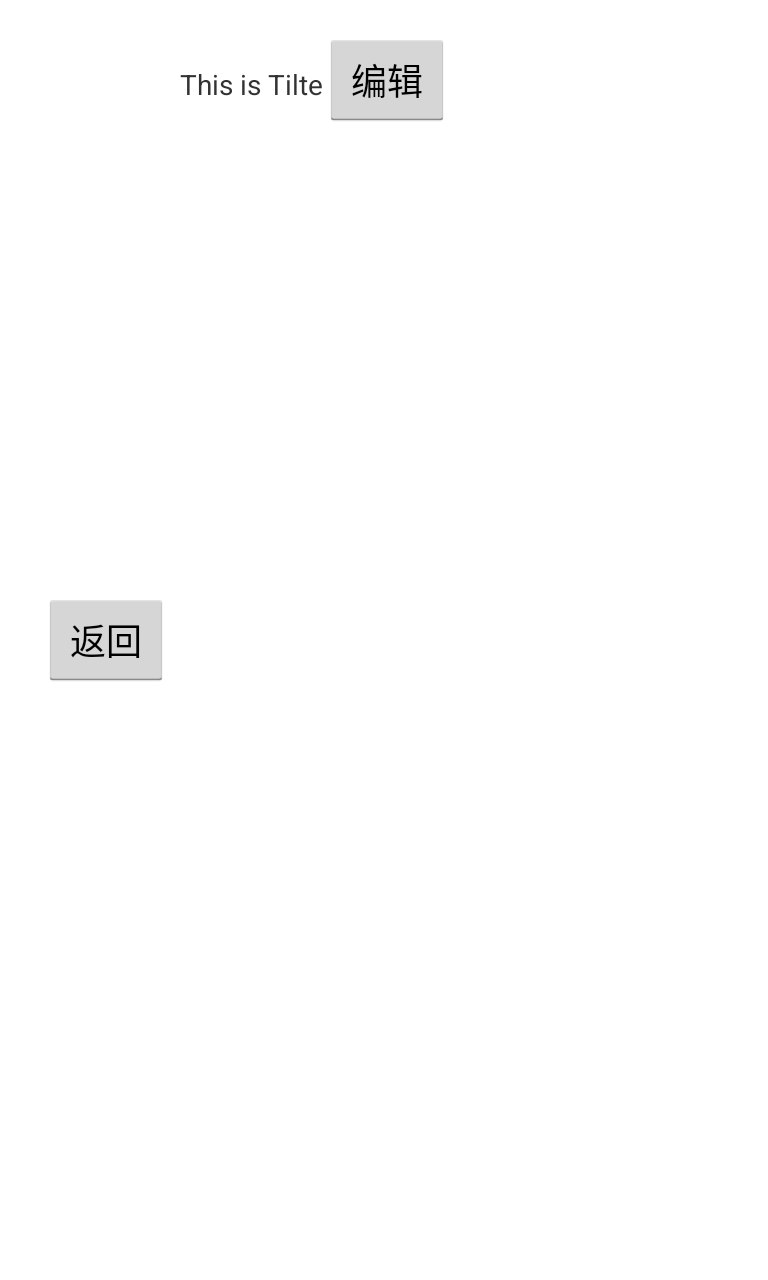
Repository: jinpp/Android
Layout: UICustomViews/res/layout/activity_main.xml
The author's editor kept a copy of each file at every save. The layout is drawn from the files as they stood at one save, then again after the next save.
It is drawn on a 768 x 1280 px phone screen (xhdpi) without system bars, with theme AppTheme; the app's code is not run.

Above is the layout before, as saved 2016-11-17 02:31:52.

After the next save:
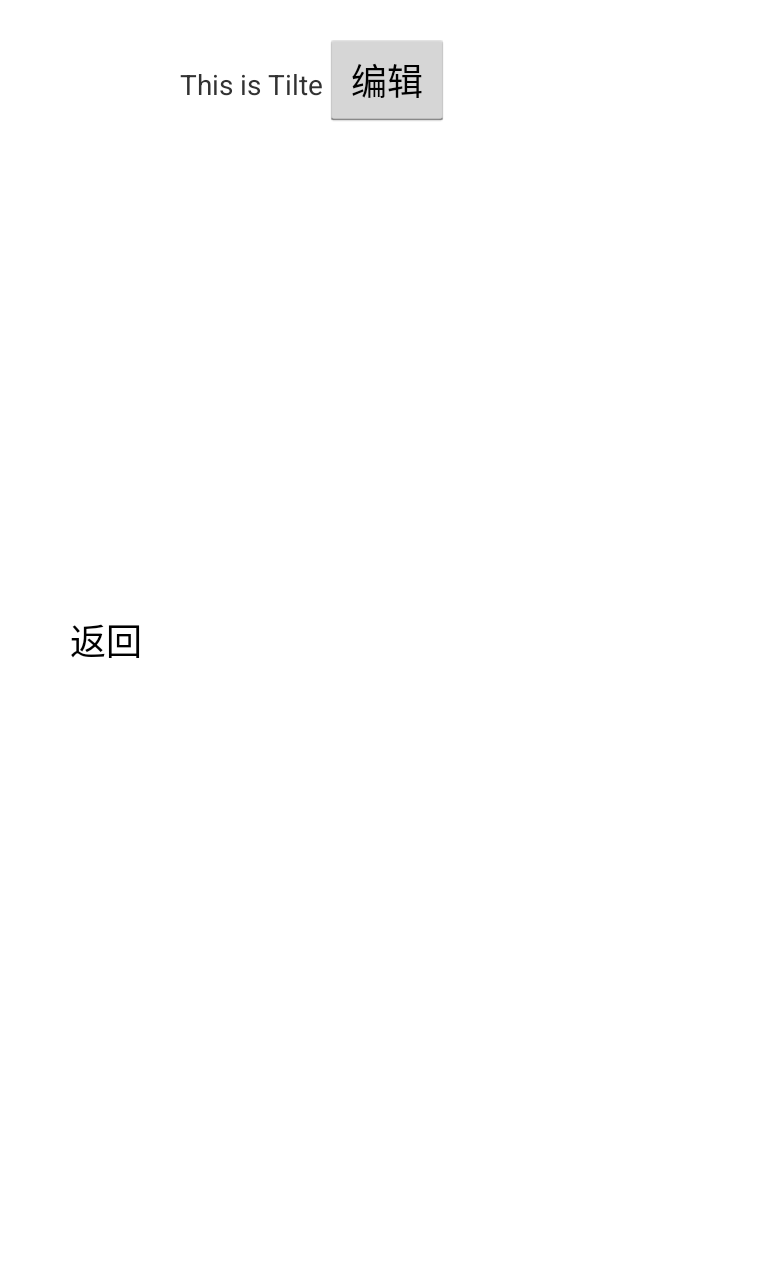
Saved 39 s later.
--- a/UICustomViews/res/layout/activity_main.xml
+++ b/UICustomViews/res/layout/activity_main.xml
@@ -14,6 +14,7 @@
         android:layout_height="wrap_content"
         android:layout_gravity="center"
         android:layout_margin="5dip"
+        android:background="#ffff"
         android:text="返回" />
 
     <TextView
